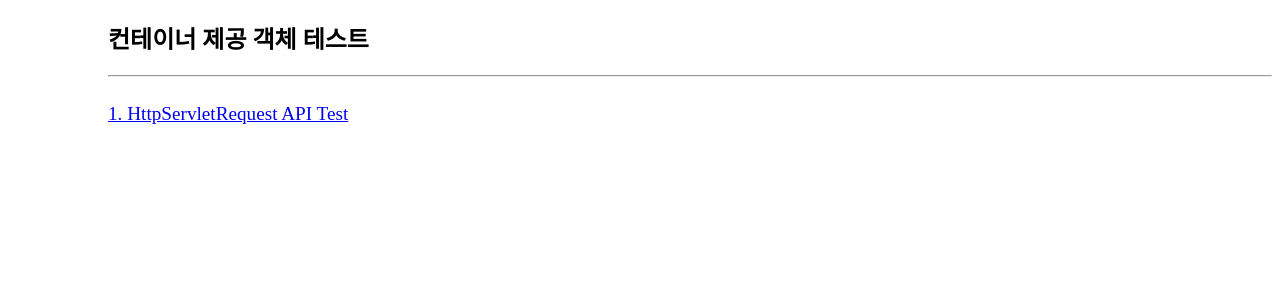
Repository: silla-mclab/web-programming3
Page: wp-lab-04-builtin-objects/WebContent/test_home.html
An editor plug-in stored every save of this project. The page is shown before and after the next save, followed by the edit.
The browser window is 1280 px wide. The pictures show the whole page.

Above is the page before, as saved 2020-04-10 07:24:20.

### wp-lab-04-builtin-objects/WebContent/test_home.html
<!DOCTYPE html>
<html>
<head>
	<meta charset="UTF-8">
	<title>컨테이너 제공 객체 테스트</title>
</head>
<body style="padding-left: 100px;">
	<header>
		<h2>컨테이너 제공 객체 테스트</h2><hr><br>
	</header>
	<article>
		<div style="font-size: 1.2rem;">
			<a href="request_test.do?userid=gdhong&name=홍길동">1. HttpServletRequest API Test</a>
		</div>
	</article>
</body>
</html>

After the next save:
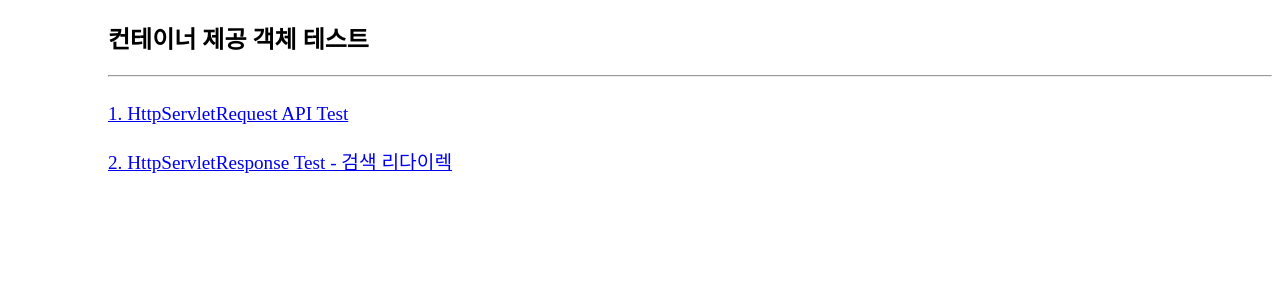
Saved 7 min 48 s later.
--- a/wp-lab-04-builtin-objects/WebContent/test_home.html
+++ b/wp-lab-04-builtin-objects/WebContent/test_home.html
@@ -11,6 +11,8 @@
 	<article>
 		<div style="font-size: 1.2rem;">
 			<a href="request_test.do?userid=gdhong&name=홍길동">1. HttpServletRequest API Test</a>
+			<br><br>
+			<a href="/search.do">2. HttpServletResponse Test - 검색 리다이렉</a>
 		</div>
 	</article>
 </body>
